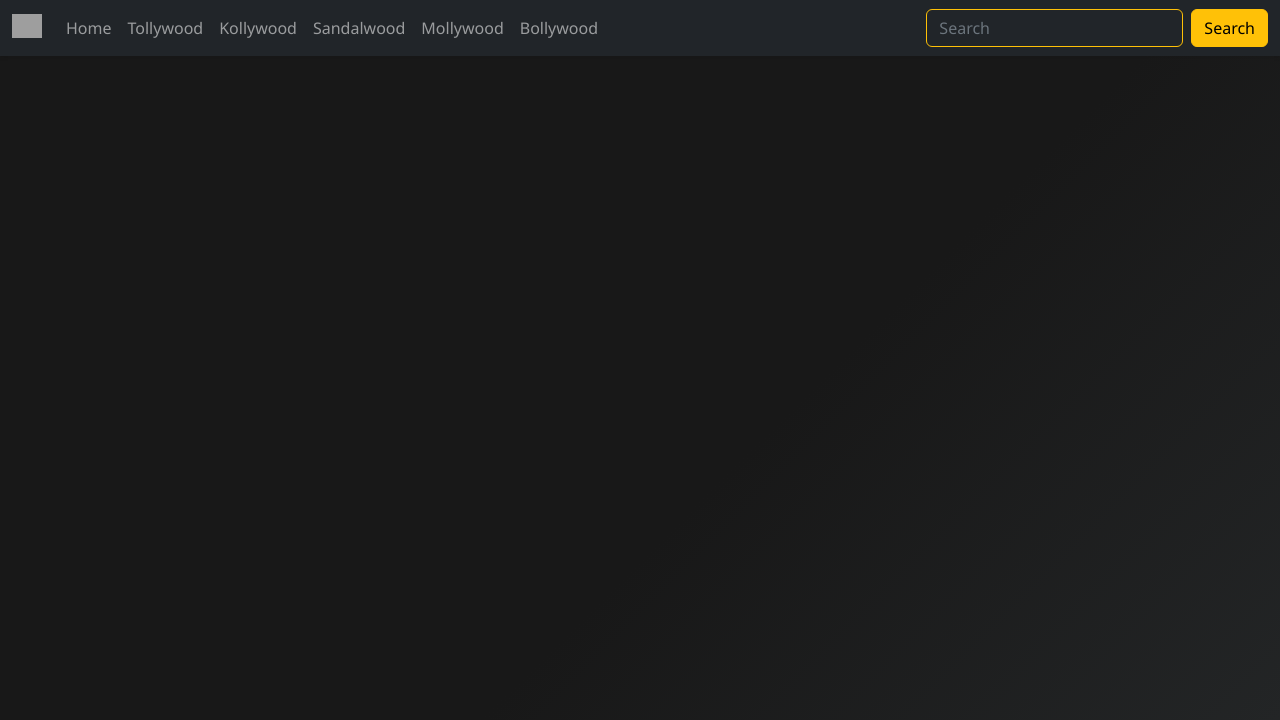
Repository: chandu7777158/Movies_spot
Page: /
These files come from the project's save history. The page is drawn as it stood at one moment and after the next save; the edit follows.
The browser window is 1280 px wide. The pictures show the whole page.
Pictures or frames that could not be fetched are drawn as grey boxes. The project was rebuilt for these pictures with package versions that can differ from the ones it lists, and the page was loaded fresh each time. Also part of the build but not shown: vite.config.js.

Above is the page before, as saved 2026-01-22 11:07:43.

After the next save:
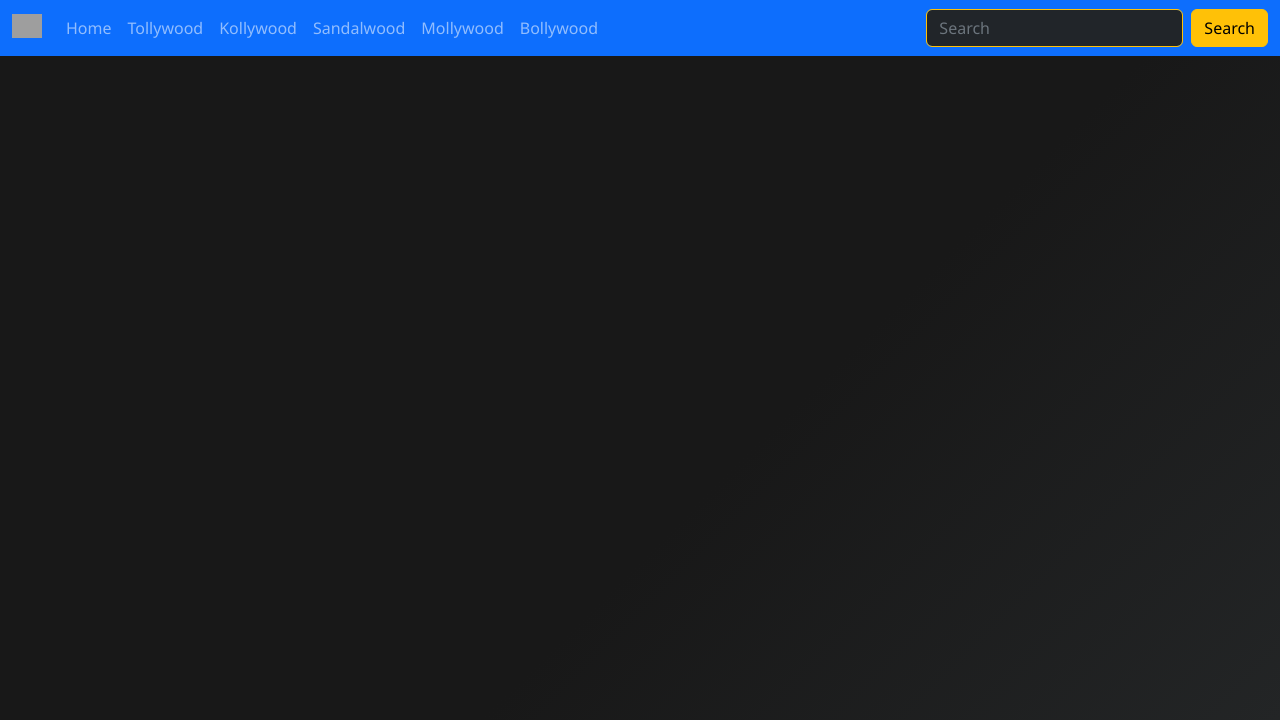
Saved 14 s later.
--- a/src/components/Navbar.jsx
+++ b/src/components/Navbar.jsx
@@ -3,7 +3,7 @@ import React from 'react';
 
 export default function Navbar() {
     return (
-        <nav className="navbar  navbar-dark bg-primary navbar-expand-lg navbar-dark bg-dark shadow-sm py-2">
+        <nav className="navbar  navbar-dark bg-primary navbar-expand-lg ">
             <div className="container-fluid">
                 <a class="navbar-brand" href="#">
                     <img src="https://static.vecteezy.com/system/resources/previews/022/580/623/non_2x/movie-media-letter-logo-design-illustration-free-vector.jpg" alt="Logo" width="30" height="24" class="d-inline-block align-text-top"/>
